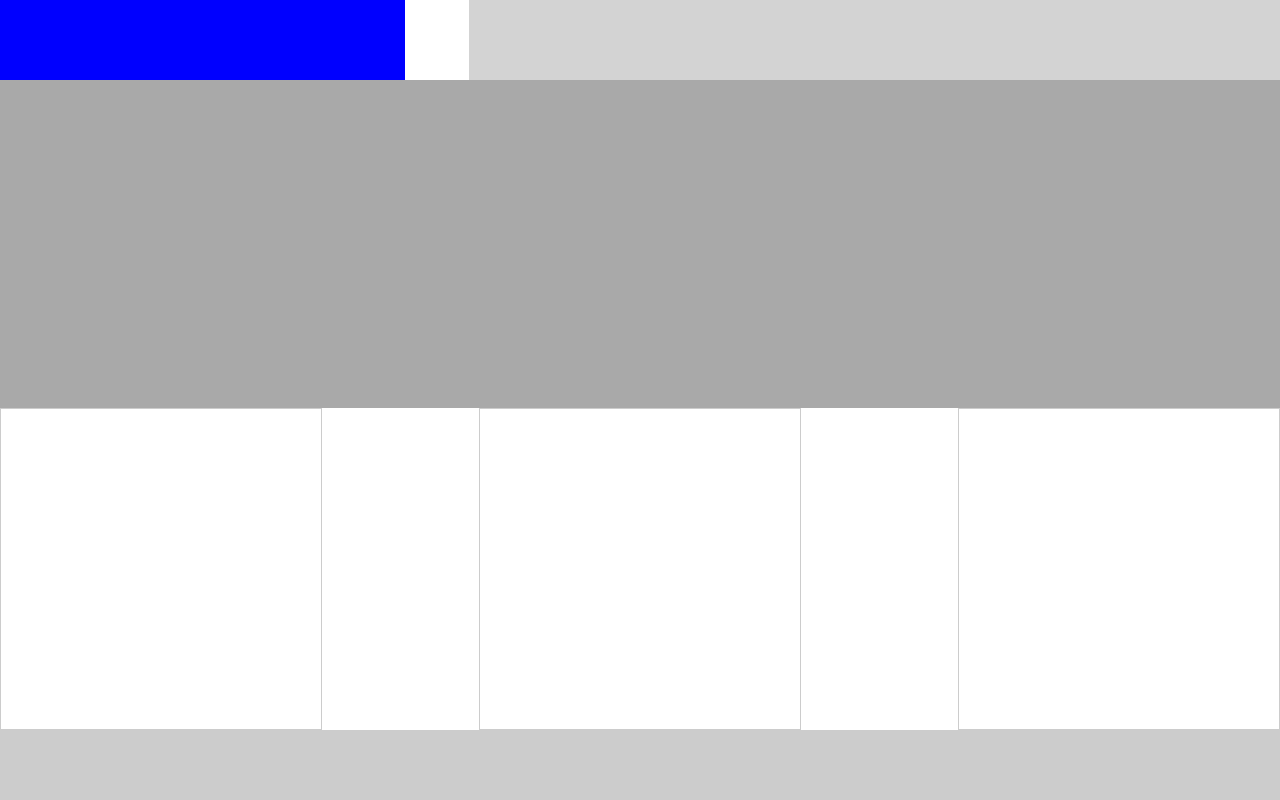
Repository: punitbathija/Placement-Assitance-iNeuron
Page: responsive-web-design.html
The author's editor kept a copy of each file at every save. The page is drawn from the files as they stood at one save, then again after the next save.
The browser window is 1280 px wide. The pictures show the whole page.

Above is the page before, as saved 2023-05-23 15:24:28.

After the next save:
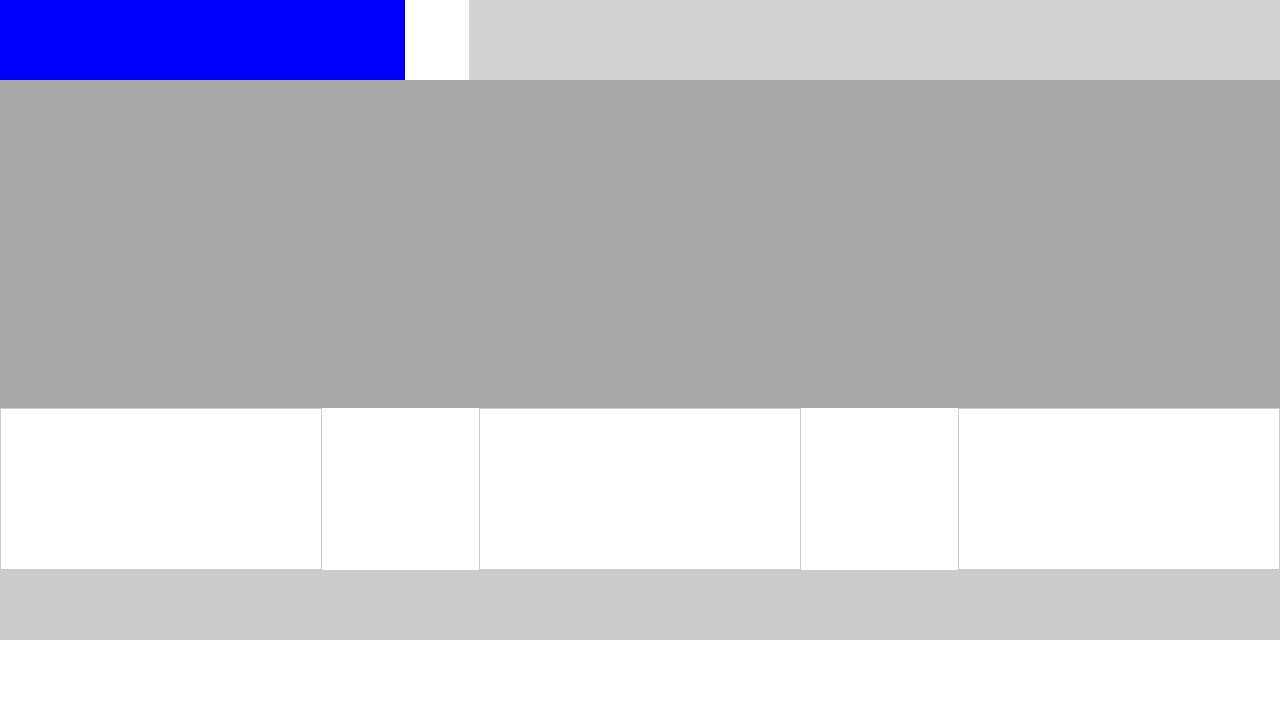
Saved 5 s later.
--- a/responsive-web-design.html
+++ b/responsive-web-design.html
@@ -62,7 +62,7 @@
       }
 
       .slider-item {
-        height: 20rem;
+        height: 10rem;
         max-width: 100%;
       }
     </style>
